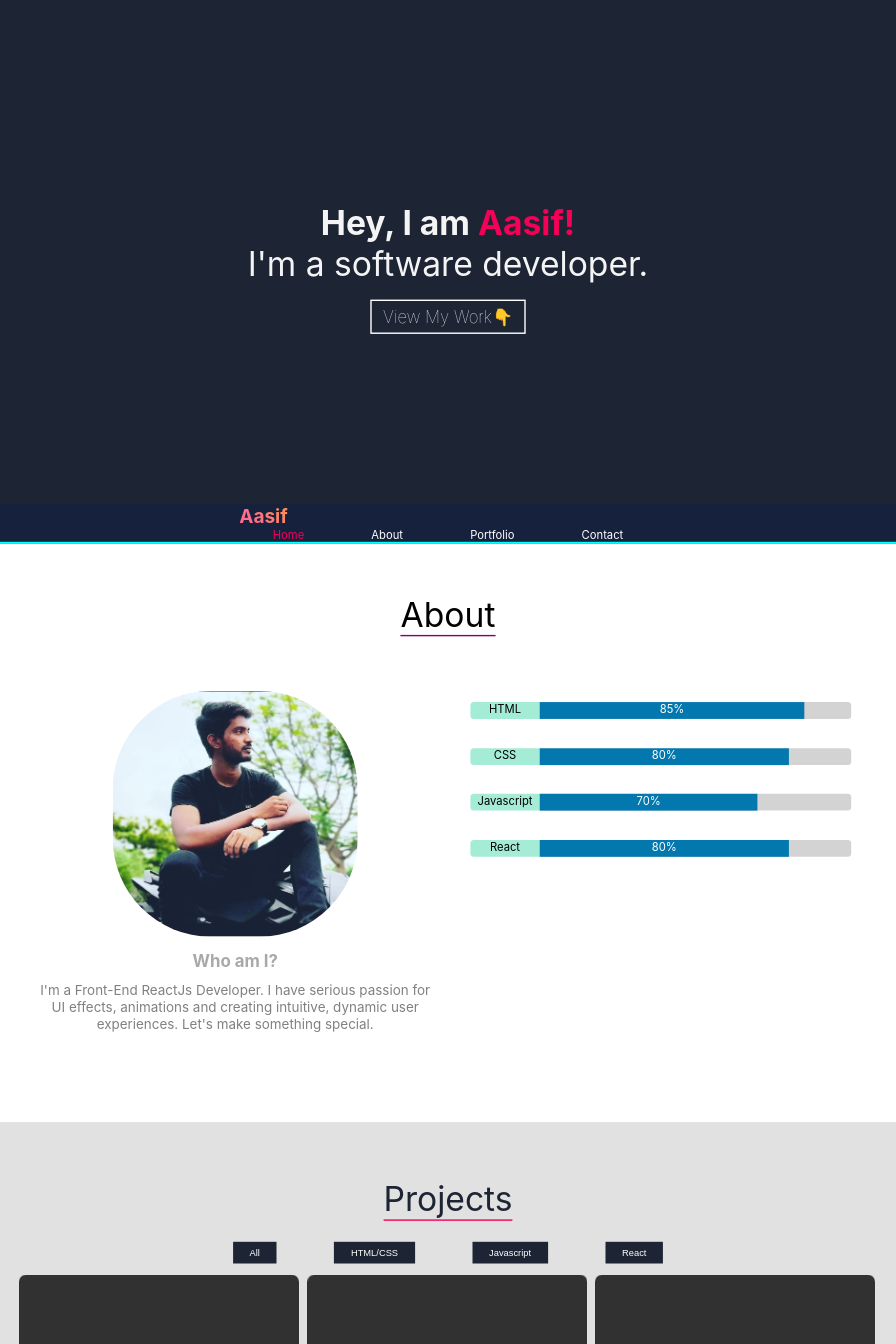
Repository: Aaasifsheikh/aasifsheikh-portfolio
Page: /
These files come from the project's save history. The page is drawn as it stood at one moment and after a run of saves; the edit follows.
The browser window is 1280 px wide. The pictures show the part of the page from y = 0 to 1920 px (the page is 3431 px tall), at 70% of full size.
The project was rebuilt for these pictures with package versions that can differ from the ones it lists, and the page was loaded fresh each time.

Above is the page before, as saved 2020-12-13 21:01:38.

### public/index.html
<!DOCTYPE html>
<html lang="en">
  <head>
    <meta charset="utf-8" />
    <link rel="icon" href="%PUBLIC_URL%/favicon.ico" />
    <meta name="viewport" content="width=device-width, initial-scale=1" />
    <meta name="theme-color" content="#000000" />
    <meta
      name="description"
      content="Web site created using create-react-app"
    />
    <link rel="preconnect" href="https://fonts.gstatic.com" />
    <link
      href="https://fonts.googleapis.com/css2?family=Open+Sans+Condensed:wght@300&family=Roboto+Condensed:wght@300;400&display=swap"
      rel="stylesheet"
    />
    <link rel="apple-touch-icon" href="%PUBLIC_URL%/logo192.png" />
    <!--
      manifest.json provides metadata used when your web app is installed on a
      user's mobile device or desktop. See https://developers.google.com/web/fundamentals/web-app-manifest/
    -->
    <link rel="manifest" href="%PUBLIC_URL%/manifest.json" />
    <!--
      Notice the use of %PUBLIC_URL% in the tags above.
      It will be replaced with the URL of the `public` folder during the build.
      Only files inside the `public` folder can be referenced from the HTML.

      Unlike "/favicon.ico" or "favicon.ico", "%PUBLIC_URL%/favicon.ico" will
      work correctly both with client-side routing and a non-root public URL.
      Learn how to configure a non-root public URL by running `npm run build`.
    -->
    <title>React App</title>
  </head>
  <body>
    <noscript>You need to enable JavaScript to run this app.</noscript>
    <div id="root"></div>
    <!--
      This HTML file is a template.
      If you open it directly in the browser, you will see an empty page.

      You can add webfonts, meta tags, or analytics to this file.
      The build step will place the bundled scripts into the <body> tag.

      To begin the development, run `npm start` or `yarn start`.
      To create a production bundle, use `npm run build` or `yarn build`.
    -->
  </body>
</html>

### src/About.jsx
import React from "react";
import AOS from "aos";
import "aos/dist/aos.css";

import "./About.scss";
import Container from "./UI/Container/Container";
import ProgressBar from "./UI/ProgressBar/ProgressBar";
import Potrait from "./Images/Aasif.jpg.jpg";

const skills = [
  {
    name: "HTML",
    rating: 85,
  },
  {
    name: "CSS",
    rating: 80,
  },
  {
    name: "Javascript",
    rating: 70,
  },

  {
    name: "React",
    rating: 80,
  },
];

function About() {
  React.useEffect(() => {
    AOS.init({
      offset: 150,
      duration: 1500,
    });
  }, []);

  return (
    <section id="about" className="about">
      {/* <Container> */}
      <span
              style={{
                color: "black",
                fontSize: "3rem",
                borderBottom: "2px solid purple",
              }}
            >
              About
            </span>
        <div className="about-img-skills">
          <div className="about-imgDetail" data-aos="fade-right">
            <img alt="not available" src={Potrait} />
            <span className="about-title">Who am I?</span>
            <p>
              I'm a Front-End ReactJs Developer. I have
              serious passion for UI effects, animations and creating intuitive,
              dynamic user experiences. Let's make something special.
            </p>
          </div>
          <div className="about-skills" data-aos="fade-left">
            {skills.map((skill, idx) => {
              return (
                <ProgressBar
                  key={idx}
                  name={skill.name}
                  rating={skill.rating}
                />
              );
            })}
          </div>
        </div>
      {/* </Container> */}
    </section>
  );
}

export default About;

### src/Contact.jsx
import React, { useState, useEffect } from "react";
import { TextField, Button } from "@material-ui/core";
import { withStyles, createMuiTheme } from "@material-ui/core/styles";
import { ThemeProvider } from "@material-ui/styles";
import AOS from "aos";
import "aos/dist/aos.css";
import Alert from "@material-ui/lab/Alert";
import "./Contact.scss";
import Container from "./UI/Container/Container";

const darkTheme = createMuiTheme({
  palette: {
    type: "dark",
  },
});

const StyledButton = withStyles({
  root: {
    background: "linear-gradient(45deg, #FE6B8B 30%, #FF8E53 90%)",
    borderRadius: 3,
    border: 0,
    color: "white",
    height: 48,
    padding: "0 30px",
    boxShadow: "0 3px 5px 2px rgba(255, 105, 135, .3)",
  },
  label: {
    textTransform: "capitalize",
  },
})(Button);

const Input = withStyles({
  root: {
    margin: "1rem",
    width: "100%",
    borderColor: "red",
  },
})(TextField);

function Contact() {
  const [name, setName] = useState("");
  const [email, setEmail] = useState("");
  const [message, setMessage] = useState("");

  useEffect(() => {
    AOS.init({
      offset: 150,
      duration: 1000,
    });
  }, []);

  const submitHandle = () => {
    alert("Mail Sent!");
    // <Alert severity="success"> Mail Sent</Alert>
    setName("");
    setEmail("");
    setMessage("");
  };

  return (
    <section style={{ backgroundColor: "#1d2434" }}>
      <Container>
        <ThemeProvider theme={darkTheme}>
          <div id="contact" className="contact">
            <span
              style={{
                color: "white",
                fontSize: "3rem",
                borderBottom: "2px solid white",
              }}
            >
              Contact
            </span>
            <p style={{ marginTop: "3rem", fontWeight: 700, color: "cyan" }}>
              Have a question or Want to work together?
            </p>
            <div>
              <form>
                <Input
                  value={name}
                  label="Name"
                  variant="outlined"
                  color="secondary"
                  onChange={(e) => setName(e.target.value)}
                  required
                 autoComplete ="off"
                />
                <Input
                  label="Email"
                  type="email"
                  value={email}
                  color="secondary"
                  variant="outlined"
                  onChange={(e) => setEmail(e.target.value)}
                  required
                />
                <Input
                  value={message}
                  color="secondary"
                  label="Message"
                  rows={4}
                  multiline
                  variant="outlined"
                  onChange={(e) => setMessage(e.target.value)}
                  required
                />
                <div data-aos="fade-right">
                  <StyledButton onClick={submitHandle} variant="contained">
                    Submit
                  </StyledButton>
                </div>
              </form>
            </div>
          </div>
        </ThemeProvider>
      </Container>
    </section>
  );
}

export default Contact;

### src/Home.jsx

import React from "react";
import { Link } from "react-scroll";

import "./Home.scss";
import Container from "./UI/Container/Container";

function Home() {
  return (
    <header id="home" className="home">
      <Container>
        <h1>
          Hey, I am <span className="home-name">Aasif!</span>
        </h1>
        <p className="home-desc">I'm a software developer.</p>
        <span className="home-work-btn">
          <Link to="projects" smooth>
            View My Work👇
          </Link>
        </span>
      </Container>
    </header>
  );
}

export default Home;

### src/Navigation.jsx
import React, { useEffect } from "react";
import { Link, animateScroll as scroll } from "react-scroll";
import Container from "./UI/Container/Container";

import "./Navigation.scss";

function Navigation() {
  useEffect(() => {
    window.addEventListener("scroll", () => {
      if (window.scrollY > window.innerHeight + 47) {
        document.querySelector(".navbar").classList.add("sticky");
        document.querySelector(".navbar").classList.add("fadeInDown");
      } else if (window.scrollY > window.innerHeight) {
        // Do Nothing
      } else {
        document.querySelector(".navbar").classList.remove("fadeInDown");
        document.querySelector(".navbar").classList.remove("sticky");
      }
    });
  }, []);

  return (
      <div id="navbar" className="navbar">
    <Container>
        <div className="logoflex">
          <span className="logo" onClick={() => scroll.scrollToTop()}>
            Aasif
          </span>
        </div>
        <div className="links">
          <Link activeClass="active" to="home" smooth spy>
            Home
          </Link>

          <Link activeClass="active" to="about" smooth spy>
            About
          </Link>

          <Link activeClass="active" to="projects" smooth spy>
            Portfolio
          </Link>

          <Link activeClass="active" to="contact" smooth spy>
            Contact
          </Link>
        </div>
    </Container>
      </div>
  );
}

export default Navigation;

### src/Footer.jsx
import React from "react";
import { IconButton as IconBTN } from "@material-ui/core";
import { LinkedIn, Instagram, GitHub, Twitter } from "@material-ui/icons";
import { withStyles } from "@material-ui/core/styles";

import "./Footer.scss";
import Container from "./UI/Container/Container";

const IconButton = withStyles({
  root: {
    margin: "1rem 2rem",
    // background: "white",
    color: " #f50057",
  },
})(IconBTN);

function Footer() {
  return (
    <footer className="footer">
      <Container>
        <a
          href="https://www.linkedin.com/in/aasif-sheikh-45b4b1196/"
          target="_blank"
        >
          <IconButton size="medium">
            <LinkedIn />
          </IconButton>
        </a>
        <a href="https://www.instagram.com/aaasifsheikh/" target="_blank">
          <IconButton>
            <Instagram />
          </IconButton>
        </a>
        <a href="https://github.com/Aaasifsheikh" target="_blank">
          <IconButton>
            <GitHub />
          </IconButton>
        </a>
        <a href="https://twitter.com/aaaasifsheikh" target="_blank">
          <IconButton>
            <Twitter />
          </IconButton>
        </a>
      </Container>
    </footer>
  );
}

export default Footer;

### src/About.scss
.about {
  text-align: center;
  padding-top: 5rem;
  margin-top: 3rem;
  object-fit: contain;

  &-title {
    font-size: 1.5rem;
    font-weight: 700;
    color: darkgray;
    display: block;
    margin: 1rem 0;
  }

  &-img-skills {
    display: flex;
    padding: 4rem 2rem;
  }

  &-imgDetail {
    margin: 1rem;
    flex: 1;
    img {
      width: 350px;
      border-radius: 40%;
    }

    p {
      font-size: 1.2rem;
      color: grey;
    }
  }

  &-skills {
    margin: 1rem;
    flex: 1;
  }
}
// mobile view
@media (max-width: 369px) {
  #home {
    width: 220vw;
    object-fit: contain;

  }
}

### src/UI/Container/Container.jsx
import React from "react";

import "./Container.scss";

function Container(props) {
  return <div className="container">{props.children}</div>;
}

export default Container;

### src/UI/ProgressBar/ProgressBar.jsx
import React, { useEffect } from "react";
import AOS from "aos";
import "aos/dist/aos.css";

import "./ProgressBar.scss";

function ProgressBar(props) {
  useEffect(() => {
    AOS.init({
      duration: 500,
    });
  }, []);

  return (
    <div className="progress">
      <div className="progressname">{props.name}</div>
      <div className="progressbar">
        <div data-aos="fade-right" style={{ width: `${props.rating}%` }}>
          {`${props.rating}%`}
        </div>
      </div>
    </div>
  );
}

export default ProgressBar;

### src/Contact.scss
// .contact {
//   height: 100vh;
//   width: 100%;
//   background: rgb(65, 64, 64);
// }
// .heading2 {
//   color: beige;
//   text-align: center;
//   padding-top: 50px;
//   font-weight: 900;
//   font-size: 23px;
//   text-transform: uppercase;
//   & h2 {
//     border-bottom: 5px solid #fff;
//   }
//   & h6 {
//     padding-top: 35px;
//   }
// }
// .input {
//   display: block;
//   border-top: 5px solid #333;
//   align-content: center;
//   justify-content: center;
//   margin-top: 70px;
//   // flex-direction: row;
//   margin-left: 500px;
//   width: 40%;
//   padding: 60px 0px;
//   flex-direction: row;
// }
// .standard-basic {
//   color: #fff;
//   width: 70%;
//   height: 70px;
//   padding-left: 20px;
//   background: rgb(27, 27, 27);
// }
// .btn{
//     background: transparent;
// }


// @import "../../styles/utilities";
// @import "/src/styles/utilities";

.contact {
  text-align: center;
  padding-top: 5rem;
  // margin-top: 3rem;
  color: #fff;
  // background-color: $dark-background;

  form {
    display: flex;
    flex-direction: column;
    align-items: center;
    justify-content: center;
    padding: 5rem;
    color: #fff;
}
}

### src/Home.scss
.home {
  height: 100vh;
  text-align: center;
  background-color: #1d2434;
  color: #f4f4f4;

  h1 {
    font-size: 3rem;
    padding-top: 40vh;
  }

  &-name {
    color: #f50057;
    background-color: linear-gradient(45deg, #fe6b8b 30%, #ff8e53 90%);
  }

  &-work-btn {
    border: 2px solid #fff;
    position: relative;
    top: 2rem;
    padding: 0.5rem 1rem;
    font-size: 1.5rem;
    transition: all 500ms;
    cursor: pointer;

    &:hover {
      background-color: #43ceca;
      border: 2px solid #43ceca;
    }
  }

  a {
    text-decoration: none;
    outline: none;
    color: #fff;
    font-weight: 50;
  }
}

p.home-desc {
  // font-size: 3rem;
  font-size: clamp(1rem, 5vw, 3rem);
}

// mobile view
@media (max-width: 369px) {
  #home {
    width: 220vw;
    object-fit: contain;

  }
}

### src/Navigation.scss
// @import "/src/styles/utilities";
.navbar {
  padding: 1.7rem;
  display: flex;

  justify-content: space-around;
  align-items: center;
  height: 2rem;
  z-index: 2;
  position: absolute;
  top: 100vh;
  left: 0;
  width: 100%;
  background-color:#16213e;
  border-bottom: 3px solid cyan;

  .logoflex {
    flex: 1;
    .logo {
      font-weight: bolder;
      font-size: 1.7rem;
      cursor: pointer;
      background: -webkit-linear-gradient(45deg, #fe6b8b 30%, #ff8e53 90%);
      -webkit-background-clip: text;
      -webkit-text-fill-color: transparent;
    }
  }

  .links {
    flex: 1;
    cursor: pointer;

    a {
      padding: 0 3rem;
      color: #fff;
      transition: all 250ms ease-in-out;
      cursor: pointer;

      &:hover {
        color: #f50057;
      }
      &.active {
        color: #f50057 !important;
      }
    }
  }

  &.sticky {
    position: fixed;
    top: 0;
  }

  &.fadeInDown {
    animation: fadeInDown 1s ease-in-out;
    animation-fill-mode: both;

    @keyframes fadeInDown {
      0% {
        opacity: 0;
        top: -100px;
      }
      100% {
        opacity: 1;
        top: 0px;
      }
    }
  }
}

// mobile view
@media (max-width: 369px) {
  .navbar {
    width: 220vw;
    object-fit: contain;
    margin: 0 auto;

  }
}

### src/Portfolio.scss
//
// @import "/src/styles/utilities";

.project-div {
  text-align: center;
  padding-top: 5rem;
  margin-top: 3rem;
  background-color: #e1e1e1;
  padding-bottom: 3rem;
}

.projects {
  &-btn {
    margin: 0 auto;
    width: 50%;
    justify-content: space-between;
    display: flex;

    button {
      background: transparent;
      border: none !important;
      outline: none;
      padding: 0.5rem 1.5rem;
      color: #fff;
      margin: 2rem 0 1rem 0;
      transition: all 1s ease-in-out;
      background-color: #1d2434;
      transition: transform(450ms);

      &:hover {
        cursor: pointer;
        background: #f50057;
        transform: scale(0.9);
      }
    }
  }

  &-cards-group {
    display: grid;
    grid-template-columns: repeat(3, 1fr);
    gap: 5px;
  }
}

### src/UI/Card/Card.jsx
import React from "react";
import AOS from "aos";
import "aos/dist/aos.css";
import { Button } from "@material-ui/core";
import aasif from "./../../Images/twitter.png";

import "./Card.scss";

function Card(props) {
  const { project } = props;

  React.useEffect(() => {
    AOS.init({
      duration: 500,
    });
  }, []);

  const cards = (
    <div class="flip">
      <div
        class="front" style={{backgroundImage : {aasif}}}></div>
      <div class="back">
        <h1 class="text-shadow">{project.name}</h1>
        <h2>{project.tech.join(", ")}</h2>
        <p>{project.desc}</p>
        <Button
          style={{ background: "orange" }}
          onClick={() => {
            window.open(`${project.demoURL.replace(/^"(.*)"$/, "$1")}`);
          }}
        >
          {project.demoUrl === "aasif" ? "Demo" : "Click Here To See"}
        </Button>
      </div>
    </div>
  );
  return (
    <div
      className="project-card"
      style={{ background: { aasif } }}
      data-aos="flip-down">
      {cards}
    </div>
  );
}

export default Card;

### src/Footer.scss

.footer {
    padding: 2rem 0;
    background-color: #16213e;
    text-align: center;

    svg {
      transition: transform 300ms ease-in-out;
      transform: scale(2);

      &:hover {
        transform: scale(2.5);
      }
    }
  }

### src/UI/Container/Container.scss
.container {
  max-width: 1230px;
  margin: 0 auto;
  // object-fit: contain;
}

// Mobile View

// @media (min-width: 369px)and(max-width: 768px) {
//   .container {
//     width: 800vw;
//     // object-fit: contain;
//     // background: red;
//     // margin: 0 auto;
//   }
// }

### src/UI/ProgressBar/ProgressBar.scss
.progress {
    padding: 1rem;
    display: flex;

    &name {
      border-radius: 5px 0 0 5px;
      font-size: 1rem;
      height: 24px;
      background: #a5ecd7;
      text-align: center;
      flex: 2;
    }

    &bar {
      border-radius: 0 5px 5px 0;
      overflow: hidden;
      height: 24px;
      background: lightgrey;
      // border-radius: 5px;
      margin-bottom: 0.6rem;
      flex: 9;

      div {
        height: 100%;
        color: #fff;
        text-align: center;
        background: #0278ae;
      }
    }
  }

### src/UI/Card/Card.scss
// @import "/src/styles/utilities";

.project-card {
  //   padding: 10rem 3rem;
  //   border: 1px solid #333;
  transition: all 500ms ease-in-out;
  color: #fff;
  // box-shadow: 0 2px 8px rgba(0, 0, 0, 0.26);
}

// base
.flip {
  position: relative;
  > .front,
  > .back {
    display: block;
    transition-timing-function: cubic-bezier(0.175, 0.885, 0.32, 1.275);
    transition-duration: 1s;
    transition-property: transform, opacity;
  }
  > .front {
    background-image: url("https://unsplash.com/photos/YdHjEwOVomc");
    transform: rotateY(0deg);
  }
  > .back {
    position: absolute;
    opacity: 0;
    top: 0px;
    left: 0px;
    width: 100%;
    height: 100%;
    transform: rotateY(-180deg);
  }
  &:hover {
    > .front {
      transform: rotateY(180deg);
    }
    > .back {
      opacity: 1;
      transform: rotateY(0deg);
    }
  }
  &.flip-vertical {
    > .back {
      transform: rotateX(-180deg);
    }
    &:hover {
      > .front {
        transform: rotateX(180deg);
      }
      > .back {
        transform: rotateX(0deg);
      }
    }
  }
}

// custom
.flip {
  position: relative;
  display: inline-block;
  margin-right: 2px;
  //   margin-bottom: 1em;
  width: 400px;
  > .front,
  > .back {
    display: block;
    color: #f50057;
    width: inherit;
    background-size: cover !important;
    background-position: center !important;
    height: 220px;
    padding: 1em 2em;
    background: #313131;
    // background: rgb(175, 146, 146);

    border-radius: 10px;
    p {
      font-size: 0.9125rem;
      line-height: 160%;
      color: #999;
    }
  }
}

.text-shadow {
  text-shadow: 1px 1px rgba(0, 0, 0, 0.04), 2px 2px rgba(0, 0, 0, 0.04),
    3px 3px rgba(0, 0, 0, 0.04), 4px 4px rgba(0, 0, 0, 0.04),
    0.125rem 0.125rem rgba(0, 0, 0, 0.04), 6px 6px rgba(0, 0, 0, 0.04),
    7px 7px rgba(0, 0, 0, 0.04), 8px 8px rgba(0, 0, 0, 0.04),
    9px 9px rgba(0, 0, 0, 0.04), 0.3125rem 0.3125rem rgba(0, 0, 0, 0.04),
    11px 11px rgba(0, 0, 0, 0.04), 12px 12px rgba(0, 0, 0, 0.04),
    13px 13px rgba(0, 0, 0, 0.04), 14px 14px rgba(0, 0, 0, 0.04),
    0.625rem 0.625rem rgba(0, 0, 0, 0.04), 16px 16px rgba(0, 0, 0, 0.04),
    17px 17px rgba(0, 0, 0, 0.04), 18px 18px rgba(0, 0, 0, 0.04),
    19px 19px rgba(0, 0, 0, 0.04), 1.25rem 1.25rem rgba(0, 0, 0, 0.04);
}

Loaded but not shown: src/index.js (common file); src/index.css (common file); src/App.css (common file); src/App.js (24 lines, source omitted); src/Portfolio.jsx (152 lines, source omitted)

After the next 2 saves:
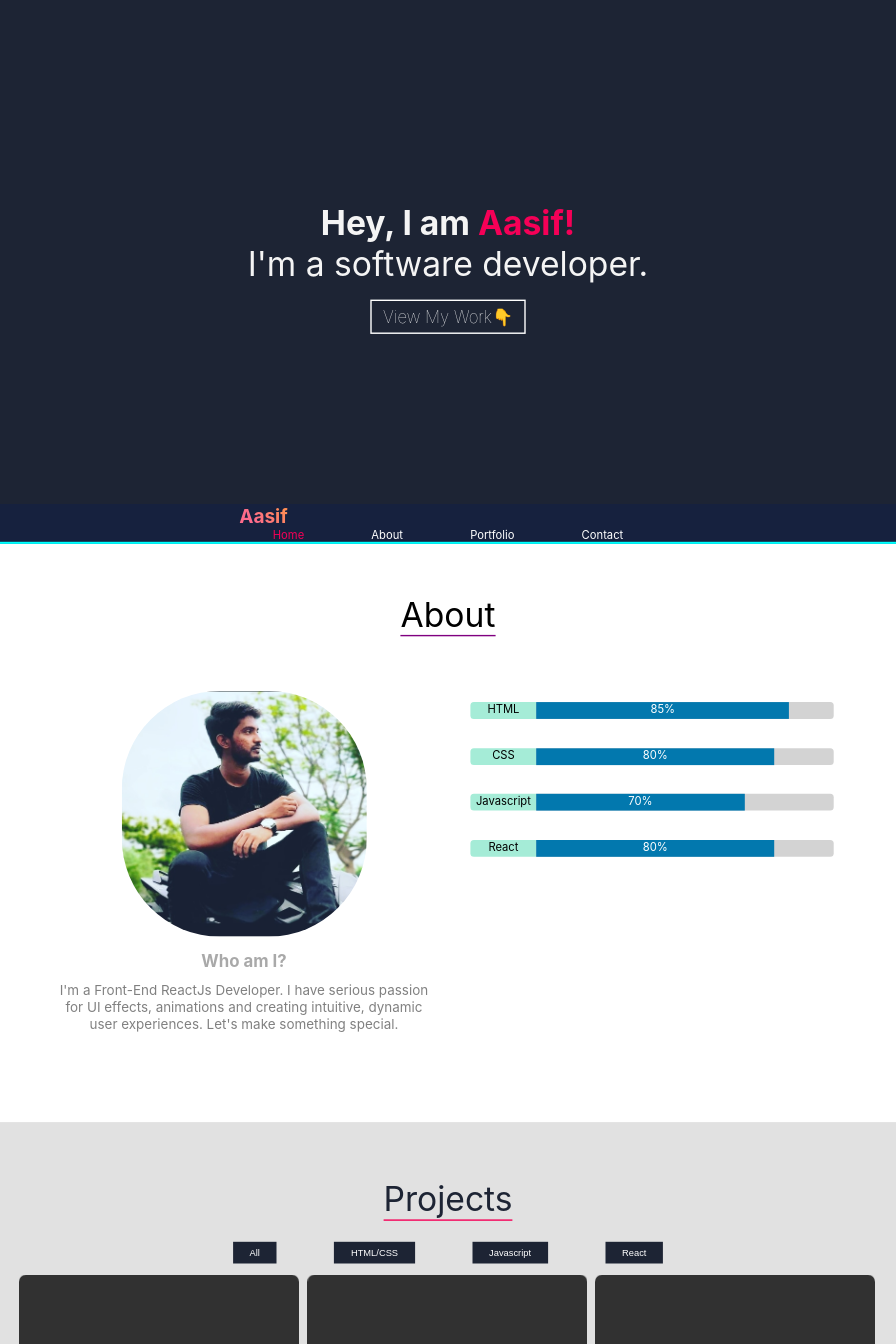
The 2 saves are shown as one change because they came seconds apart.
The last was saved 14 s later.
--- a/src/About.jsx
+++ b/src/About.jsx
@@ -37,7 +37,7 @@ function About() {
 
   return (
     <section id="about" className="about">
-      {/* <Container> */}
+      <Container>
       <span
               style={{
                 color: "black",
@@ -69,7 +69,7 @@ function About() {
             })}
           </div>
         </div>
-      {/* </Container> */}
+      </Container>
     </section>
   );
 }
